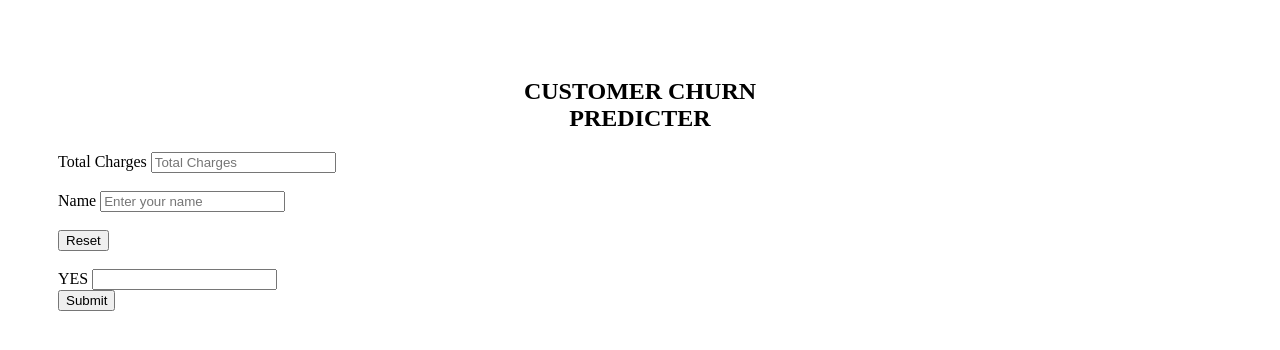
Repository: Cedrqmwesigwa/customer-churn-Bank
Page: index.html
These files come from the project's save history. The page is drawn as it stood at one moment and after the next save; the edit follows.
The browser window is 1280 px wide. The pictures show the whole page.

Above is the page before, as saved 2024-05-21 03:35:54.

After the next save:
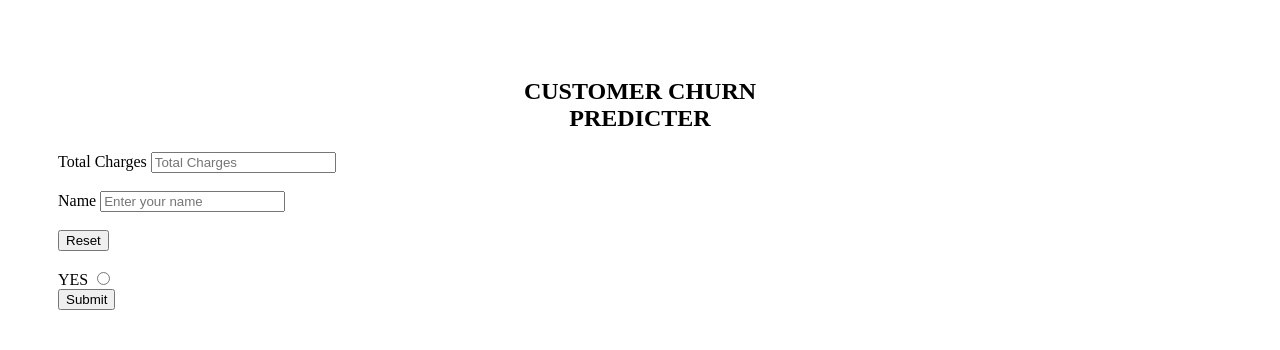
Saved 9 s later.
--- a/index.html
+++ b/index.html
@@ -52,7 +52,7 @@
 
                     <div>
                         <label>YES</label>
-                        <input type="text" class="radio">
+                        <input type="radio" class="radio">
                     </div>
 
                     <div>
